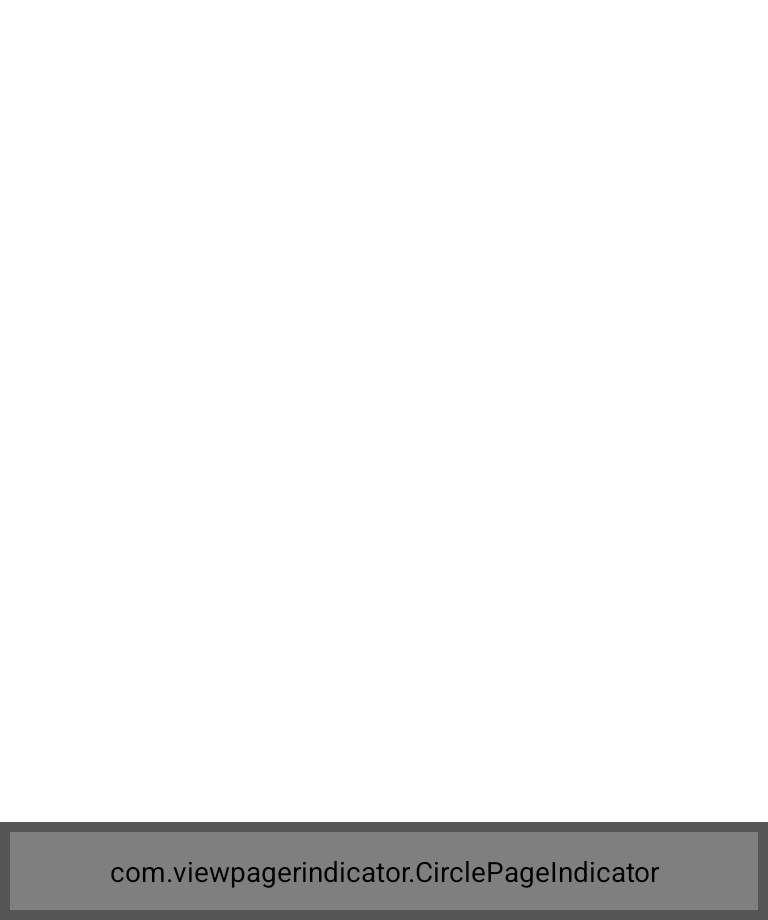
Repository: yangxiyucs/ZHBJ
Layout: ADT_ZHBJ74/ZHBJ/res/layout/pager_tab_detail.xml
The author's editor kept a copy of each file at every save. The layout is drawn from the files as they stood at one save, then again after the next save.
The pictures show rows 360 to 1280 of an output 1280 px tall.
Pictures or frames that could not be fetched are drawn as grey boxes. It is drawn on a 768 x 1280 px phone screen (xhdpi) without system bars, with theme AppTheme; the app's code is not run.

Above is the layout before, as saved 2016-10-24 21:58:17.

After the next save:
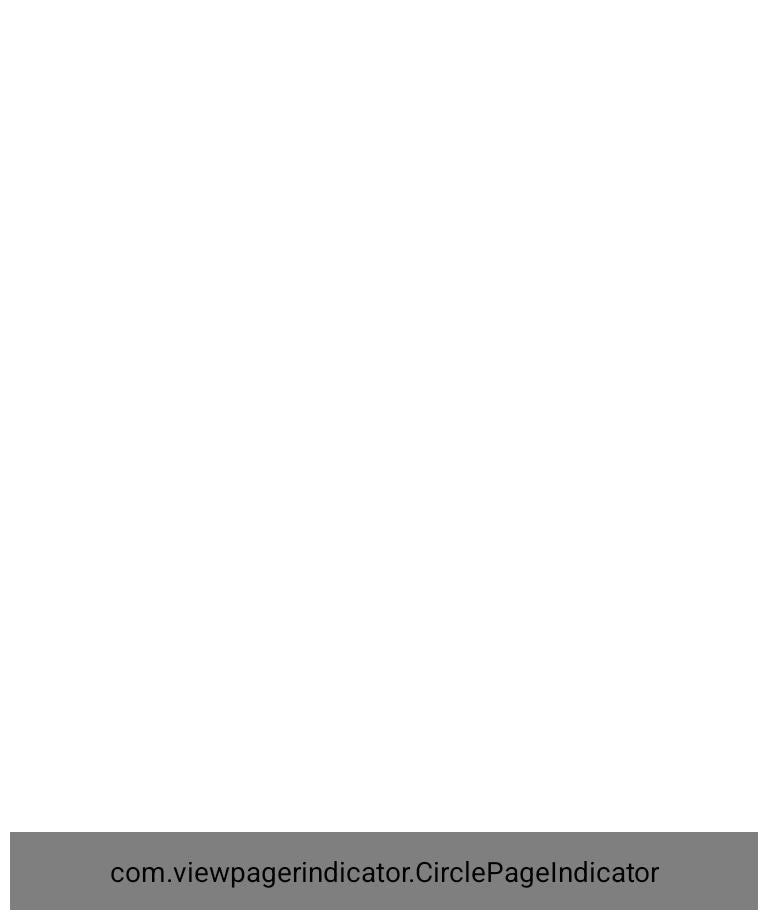
Saved 56 s later.
--- a/ADT_ZHBJ74/ZHBJ/res/layout/pager_tab_detail.xml
+++ b/ADT_ZHBJ74/ZHBJ/res/layout/pager_tab_detail.xml
@@ -14,7 +14,7 @@
         android:layout_width="match_parent"
         android:layout_height="wrap_content"
         android:layout_gravity="bottom"
-        android:background="#a000"
+
         android:padding="5dp" >
 
         <TextView
